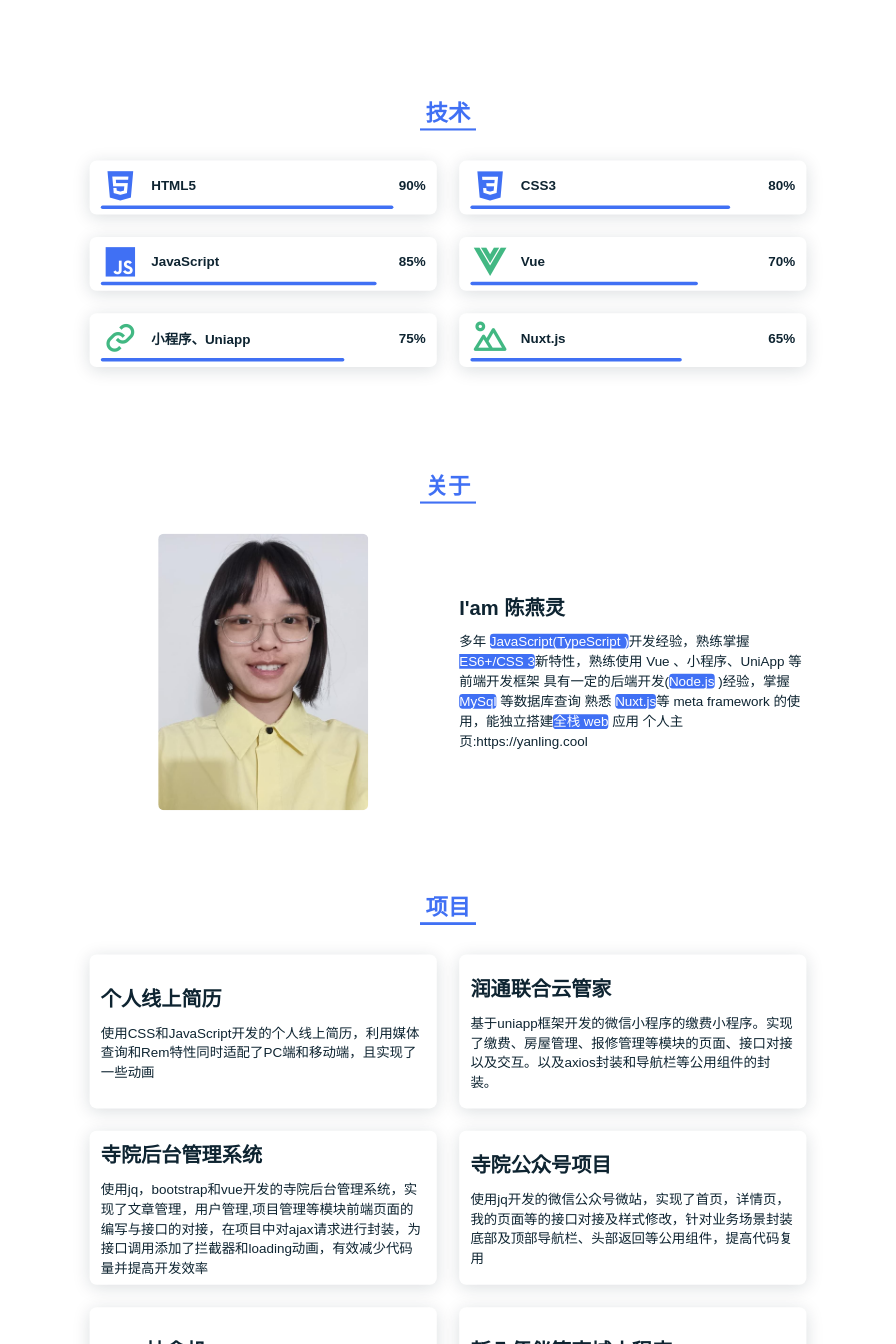
Repository: alinlinbo/yanling-resume-site
Page: index.html
The author's editor kept a copy of each file at every save. The page is drawn from the files as they stood at one save, then again after the next save.
The browser window is 1280 px wide. The pictures show the part of the page from y = 649 to 2569 px (the page is 3770 px tall), at 70% of full size.

Above is the page before, as saved 2023-09-19 15:22:34.

After the next save:
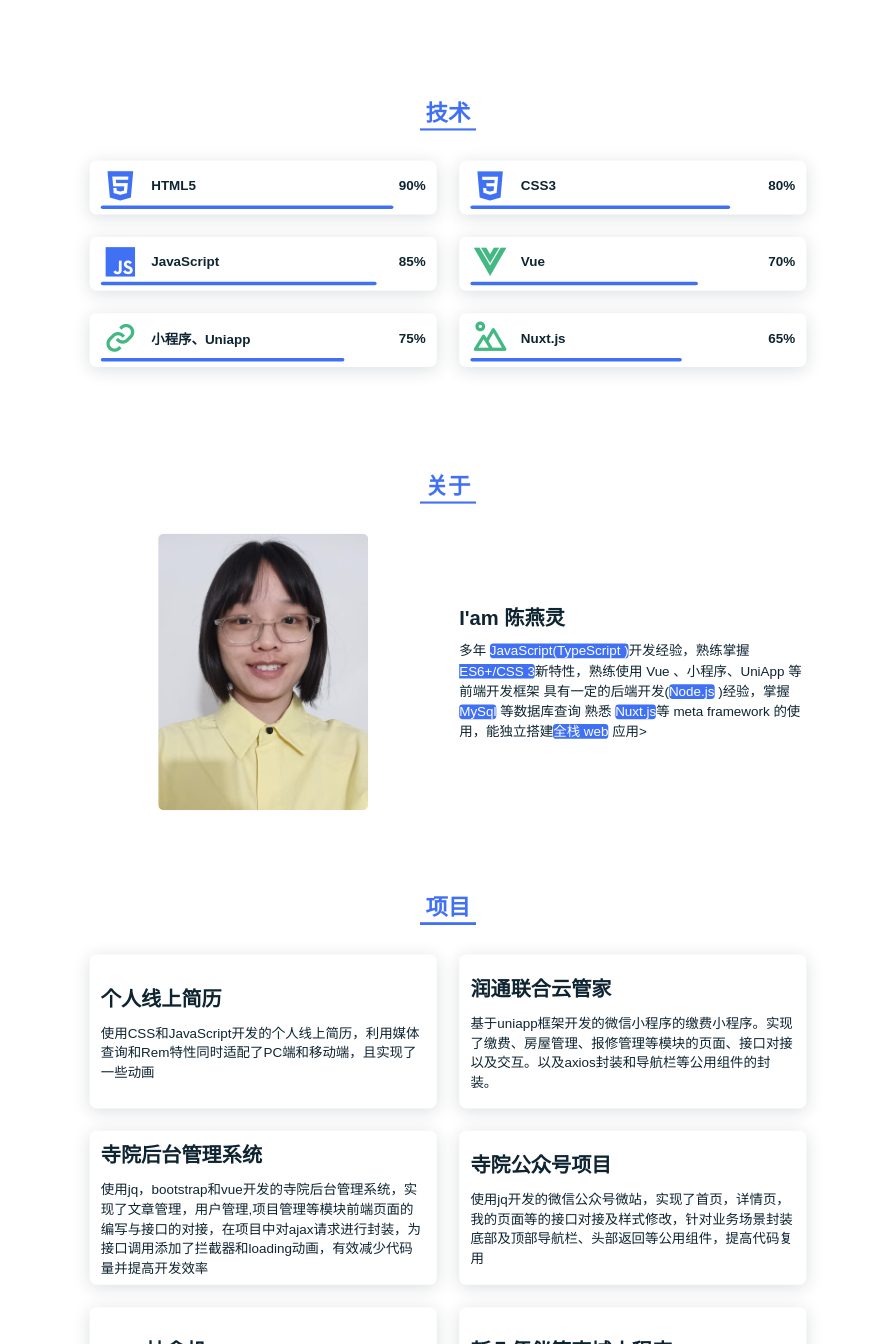
Saved 119 s later.
--- a/index.html
+++ b/index.html
@@ -76,7 +76,7 @@
 
                     </a>
                     <div class=" home__git">
-                        <a href="https://github.com/alinlinbo">https://github.com/alinlinbo</a>
+                        <a href="#" onclick="openNewWindow('https://yanling.cool')">https://github.com/alinlinbo</a>
                     </div>
                 </div>
                 <div class="home__social-icon">
@@ -199,8 +199,7 @@
                     <p class="about__text">
                         多年 <span>JavaScript(TypeScript )</span>开发经验，熟练掌握<span> ES6+/CSS 3</span>新特性，熟练使用 Vue 、小程序、UniApp 等前端开发框架
                         具有一定的后端开发(<span>Node.js</span> )经验，掌握 <span>MySql</span> 等数据库查询
-                        熟悉 <span>Nuxt.js</span>等 meta framework 的使用，能独立搭建<span>全栈 web</span> 应用
-                        个人主页:<a  onclick="openNewWindow('https://yanling.cool')">https://yanling.cool</a></p>
+                        熟悉 <span>Nuxt.js</span>等 meta framework 的使用，能独立搭建<span>全栈 web</span> 应用></p>
                 </div>
         </section>
 
